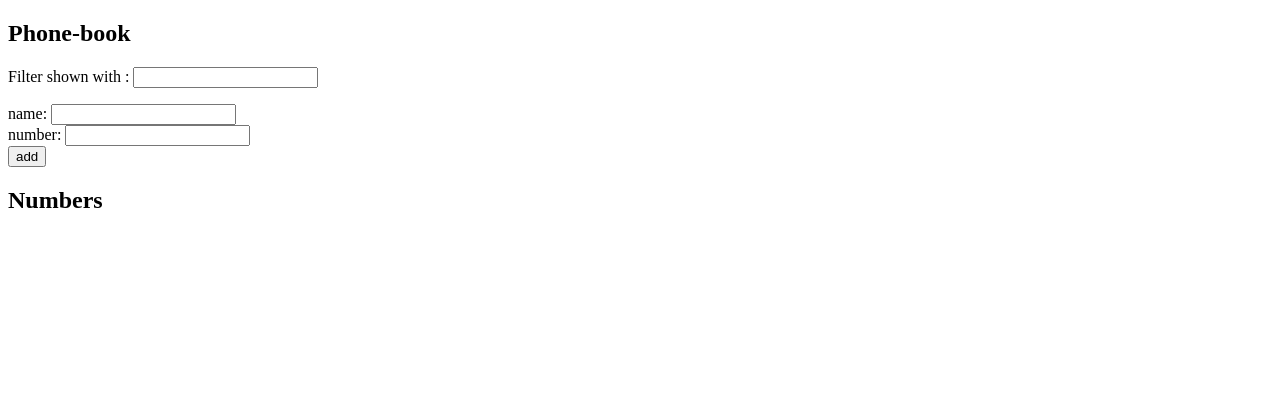
Repository: Wainhouse/Full_Stack_Open_2022
Page: / (app in part2/phonebook/)
An editor plug-in stored every save of this project. The page is shown before and after the next save, followed by the edit.
The browser window is 1280 px wide. The pictures show the whole page.
The project was rebuilt for these pictures with package versions that can differ from the ones it lists, and the page was loaded fresh each time. Requests to the local data server were answered from the project's data file.

Above is the page before, as saved 2022-12-06 11:32:49.

### part2/phonebook/src/App.js
import { useState, useEffect } from "react";
import Persons from "./components/Persons";
import { Form } from "./components/Form";
import { Search } from "./components/Search";
import personsService from './services/Persons'

const App = () => {
  const [persons, setPersons] = useState([]);
  const [newName, setNewName] = useState("");
  const [newNumber, setNewNumber] = useState("");
  const [filterName, setFilterName] = useState("");
  const [personsSearch, setPersonsSearch] = useState([]);

  useEffect(() => {
    personsService
      .getAll()
      .then(initialPersons => {
        setPersons(initialPersons);
      });
  }, []);

  const deletePerson = () => {
    personsService
    .deleteRequest()
    .then(initialPersons => {
      setPersons(initialPersons);
})};

  const addPerson = (event) => {
    event.preventDefault();
    const nameObject = {
      name: newName,
      number: newNumber
    };

    personsService
      .create(nameObject)
      .then(returnedAddPerson => {
        setPersons(persons.concat(returnedAddPerson))
        setNewName('')
        setNewNumber('')
      })


    if (persons.some((person) => person.name === newName)) {
      alert(`${newName} already exists`);
    } else {
      setPersons(persons.concat(nameObject));
      setPersonsSearch(persons.concat(nameObject));
      setNewName("");
      setNewNumber("");
    }
  };


  const handlePersonChange = (event) => {
    console.log(event.target.value);
    setNewName(event.target.value);

  };

  const handleNumberChange = (event) => {
    setNewNumber(event.target.value);
  };

  const handleSearch = (event) => {
    const search = event.target.value;
    setFilterName(search);
    setPersonsSearch(
        persons.filter((person) => person.name.toLowerCase().includes(search))
      );
  };


  return (
    <>
      <h2>Phone-book</h2>
      <Search
      filterName={filterName}
      handleSearch={handleSearch}/>
      <Form
      addPerson = {addPerson}
      newName = {newName}
      newNumber = {newNumber}
      handlePersonChange = {handlePersonChange}
      handleNumberChange = {handleNumberChange}
      />
      <h2>Numbers</h2>
      {personsSearch.map((person) => (
        <Persons key={person.name} person={person} number={newNumber}/>

      ))}
    </>
  );
};

export default App;

### part2/phonebook/src/components/Form.js
import React from "react";

export const Form = ({addPerson, newName, newNumber, handlePersonChange, handleNumberChange}) => {
  return (
    <div>
      <form onSubmit={addPerson}>
        <div>
          name: <input value={newName} onChange={handlePersonChange} />
          <br />
          number: <input value={newNumber} onChange={handleNumberChange} />
        </div>
        <div>
          <button type="submit">add</button>
        </div>
      </form>
    </div>
  );
};

### part2/phonebook/src/components/Search.js
import React from 'react'

export const Search = ({filterName, handleSearch}) => {
  return (
<p>
    Filter shown with : <input value={filterName} onChange={handleSearch} />
</p>  )
}

### part2/phonebook/src/services/Persons.js
import axios from 'axios'
const baseUrl = 'http://localhost:3002/persons'

const getAll = () => {
  const request = axios.get(baseUrl)

  return request.then(response => response.data)
}

const create = nameObject => {
  const request = axios.post(baseUrl, nameObject)
  return request.then(response => response.data)
}

const deleteRequest = (id) => {
    const request = axios.delete(`${baseUrl}/${id}`)
    return request.then(response => response.data)
  }

export default { getAll, create, deleteRequest }

### part2/phonebook/db.json
{
  "persons": [
    {
      "name": "Arto Hellas",
      "number": "040-123456",
      "id": 1
    },
    {
      "name": "Ada Lovelace",
      "number": "39-44-5323523",
      "id": 2
    },
    {
      "name": "Dan Abramov",
      "number": "12-43-234345",
      "id": 3
    },
    {
      "name": "Luke Wainhouse",
      "number": "39-23-6423122",
      "id": 4
    },
    {
      "name": "dgdrg",
      "number": "345",
      "id": 5
    },
    {
      "name": "luke",
      "number": "346345645",
      "id": 6
    }
  ]
}

### part2/phonebook/src/components/Persons.js
import deletePerson from '../App'

const Person = ({ person }) => {



  return <li>{person.name} {person.number}
  <button onClick={deletePerson} type="submit">Delete</button></li>;
};

export default Person;

Loaded but not shown: part2/phonebook/public/index.html (common file); part2/phonebook/src/index.js (common file)

After the next save:
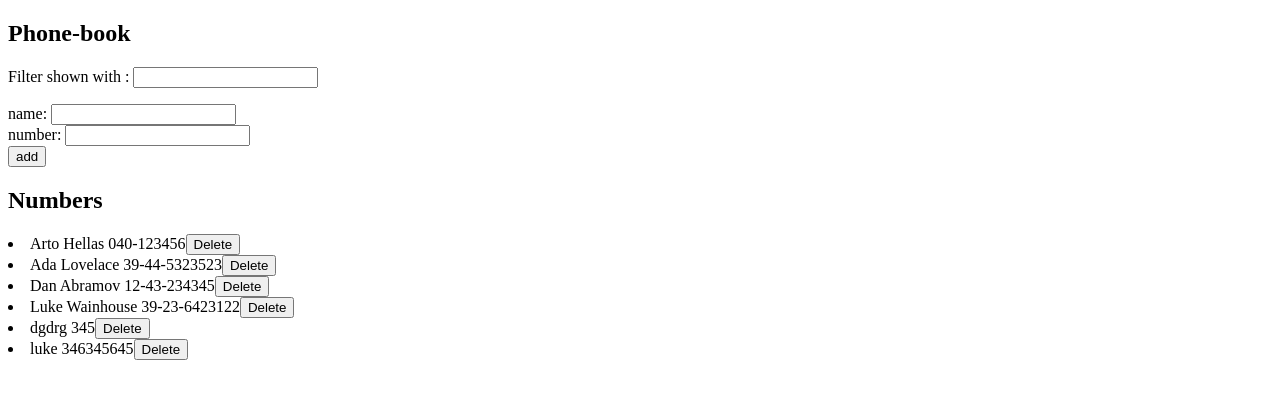
Saved 3 min 49 s later.
--- a/part2/phonebook/src/App.js
+++ b/part2/phonebook/src/App.js
@@ -16,15 +16,19 @@ const App = () => {
       .getAll()
       .then(initialPersons => {
         setPersons(initialPersons);
+        setPersonsSearch(initialPersons);
       });
   }, []);
 
-  const deletePerson = () => {
-    personsService
-    .deleteRequest()
-    .then(initialPersons => {
-      setPersons(initialPersons);
-})};
+  const deletePerson = (name, id) => {
+    if (window.confirm(`Delete ${name}?`)) {
+      personsService.remove(id).then((response) => {
+        const updatedPersons = persons.filter((person) => person.id !== id);
+        setPersons(updatedPersons);
+        setPersonsSearch(updatedPersons);
+      });
+    }
+};
 
   const addPerson = (event) => {
     event.preventDefault();
